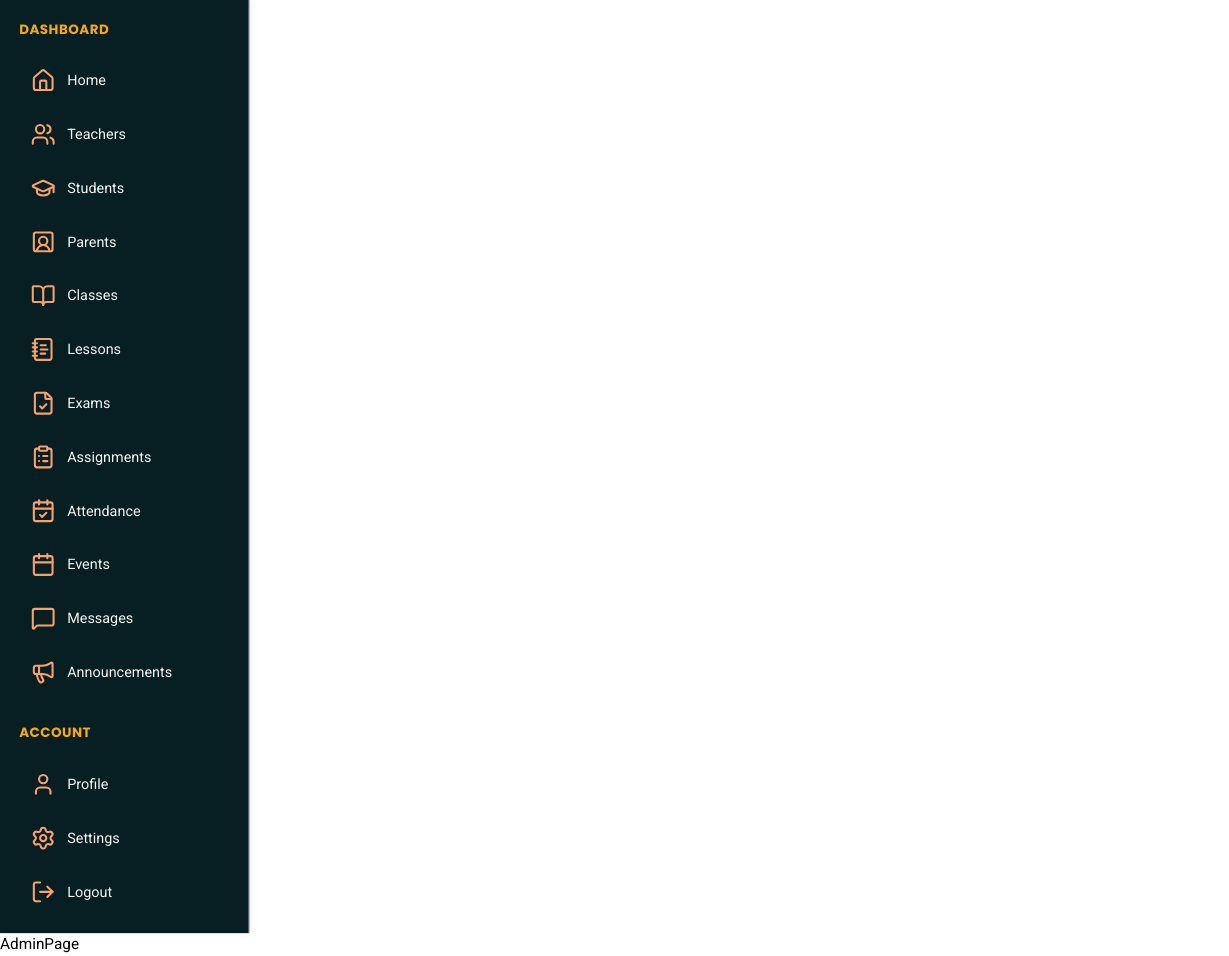
Repository: GlorifiedIntel/student-portal
Page: /admin
An editor plug-in stored every save of this project. The page is shown before and after the next save, followed by the edit.
The browser window is 1280 px wide. The pictures show the whole page, at 96% of full size.
The project was rebuilt for these pictures with package versions that can differ from the ones it lists, and the page was loaded fresh each time. The framework's server and built-in components were replaced by stand-ins that run in the browser. Also part of the build but not shown: next.config.mjs, src/app/(dashboard)/Layout.module.css.

Above is the page before, as saved 2025-08-21 14:04:49.

### src/app/layout.js
import { Play, Poppins, Roboto } from "next/font/google";
import "./globals.css";

const play = Play({
  variable: "--font-play",
  subsets: ["latin"],
  weight: ["400", "700"], // available weights
});

const poppins = Poppins({
  variable: "--font-poppins",
  subsets: ["latin"],
  weight: ["100", "200", "300", "400", "500", "600", "700", "800", "900"],
});

const roboto = Roboto({
  variable: "--font-roboto",
  subsets: ["latin"],
  weight: ["100", "300", "400", "500", "700", "900"],
});

export const metadata = {
  title: "Create Next App",
  description: "Generated by create next app",
};

export default function RootLayout({ children }) {
  return (
    <html lang="en">
      <body className={`${roboto.variable} ${poppins.variable} ${play.variable} antialiased`}>
       {children}
      </body>
    </html>
  );
}

### src/app/(dashboard)/layout.jsx
import Menu from "@/components/Menu";
import "./Layout.module.css";

export default function DashboardLayout({ children }) {
  return (
    <div className="dashboard-layout">
      <Menu />
      <main className="dashboard-content">{children}</main>
    </div>
  );
}

### src/app/globals.css
@import "tailwindcss";


html, body {
  height: 100%;
  margin: 0;
  padding: 0;
   font-family: var(--font-roboto), sans-serif;
}

h1, h2, h3 {
  font-family: var(--font-poppins), sans-serif;
}

.special-text {
  font-family: var(--font-play), serif;
}


#__next, #root {
  height: 100%;
}

### src/components/Menu.jsx
"use client";

import Link from "next/link";
import {
  Home,
  Users,
  GraduationCap,
  UserSquare2,
  BookOpen,
  NotebookText,
  FileCheck,
  ClipboardList,
  CalendarCheck,
  Calendar,
  MessageSquare,
  Megaphone,
  User,
  Settings,
  LogOut,
} from "lucide-react";
import styles from "./Menu.module.css";  // ✅ Corrected import

const menuItems = [
  {
    title: "DASHBOARD",
    items: [
      { icon: Home, label: "Home", href: "/" },
      { icon: Users, label: "Teachers", href: "/teachers" },
      { icon: GraduationCap, label: "Students", href: "/students" },
      { icon: UserSquare2, label: "Parents", href: "/parents" },
      { icon: BookOpen, label: "Classes", href: "/classes" },
      { icon: NotebookText, label: "Lessons", href: "/lessons" },
      { icon: FileCheck, label: "Exams", href: "/exams" },
      { icon: ClipboardList, label: "Assignments", href: "/assignments" },
      { icon: CalendarCheck, label: "Attendance", href: "/attendance" },
      { icon: Calendar, label: "Events", href: "/events" },
      { icon: MessageSquare, label: "Messages", href: "/messages" },
      { icon: Megaphone, label: "Announcements", href: "/announcements" },
    ],
  },
  {
    title: "ACCOUNT",
    items: [
      { icon: User, label: "Profile", href: "/profile" },
      { icon: Settings, label: "Settings", href: "/settings" },
      { icon: LogOut, label: "Logout", href: "/logout" },
    ],
  },
];

const Menu = () => {
  return (
    <div className={styles.menu}>
      {menuItems.map((section) => (
        <div className={styles["menu-section"]} key={section.title}>
          <span className={styles["menu-title"]}>{section.title}</span>
          {section.items.map((item) => (
            <Link href={item.href} key={item.label} className={styles["menu-link"]}>
              <item.icon size={26} className={styles["menu-icon"]} />
              <span>{item.label}</span>
            </Link>
          ))}
        </div>
      ))}
    </div>
  );
};

export default Menu;

### src/components/Menu.module.css
.menu {
  width: 260px;
  background-color: #071E22;
  border-right: 1px solid #e5e7eb;
  padding: 20px;
  display: flex;
  flex-direction: column;
  gap: 30px;
  min-height: 100vh;
  box-shadow: 2px 0 8px rgba(0, 0, 0, 0.05);
  transition: all 0.3s ease-in-out;
}

.menu-section {
  display: flex;
  flex-direction: column;
  gap: 10px;
}

.menu-title {
  font-size: 14px;
  font-weight: 700;
  color: #f5ab0c;
  text-transform: uppercase;
  margin-bottom: 10px;
  letter-spacing: 0.5px;
  font-family: Poppins, sans-serif;
}

.menu-link {
  display: flex;
  align-items: center;
  gap: 12px;
  padding: 10px 12px;
  text-decoration: none;
  color: whitesmoke;
  font-size: 15px;
  border-radius: 8px;
  transition: background 0.2s ease, color 0.2s ease;
}

.menu-link:hover {
  background-color: #f3f4f6;
  color: #1f2937;
}

.menu-icon {
  color: #f7a26a;
  transition: color 0.2s ease;
}

.menu-link:hover .menu-icon {
  color: #2563eb;
}

.menu-link span {
  flex: 1;
}

/* Active link style (optional) */
.menu-link.active {
  background-color: #e0e7ff;
  color: #1e3a8a;
}

.menu-link.active .menu-icon {
  color: #1e3a8a;
}

/* Responsive sidebar */
@media (max-width: 768px) {
  .menu {
    width: 100%;
    flex-direction: row;
    min-height: auto;
    border-right: none;
    border-bottom: 1px solid #e5e7eb;
    padding: 10px;
    gap: 20px;
    overflow-x: auto;
  }

  .menu-section {
    flex-direction: row;
    gap: 20px;
  }

  .menu-title {
    display: none;
  }

  .menu-link span {
    display: none;
  }

  .menu-link {
    padding: 8px;
    justify-content: center;
  }
}

Loaded but not shown: src/app/(dashboard)/admin/page.jsx (common file)

After the next save:
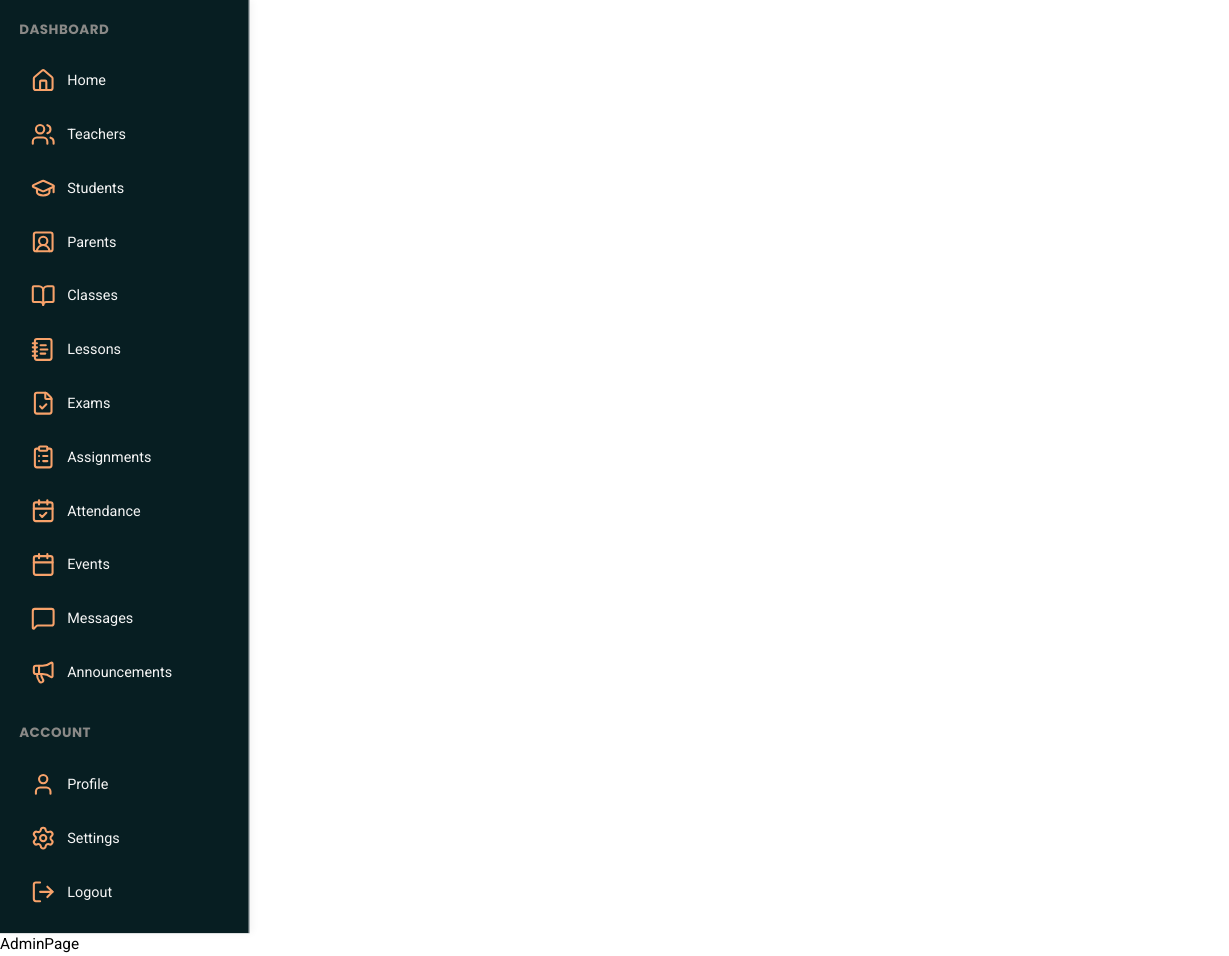
Saved 2 min 44 s later.
--- a/src/components/Menu.module.css
+++ b/src/components/Menu.module.css
@@ -20,7 +20,7 @@
 .menu-title {
   font-size: 14px;
   font-weight: 700;
-  color: #f5ab0c;
+  color: #8a8987;
   text-transform: uppercase;
   margin-bottom: 10px;
   letter-spacing: 0.5px;
